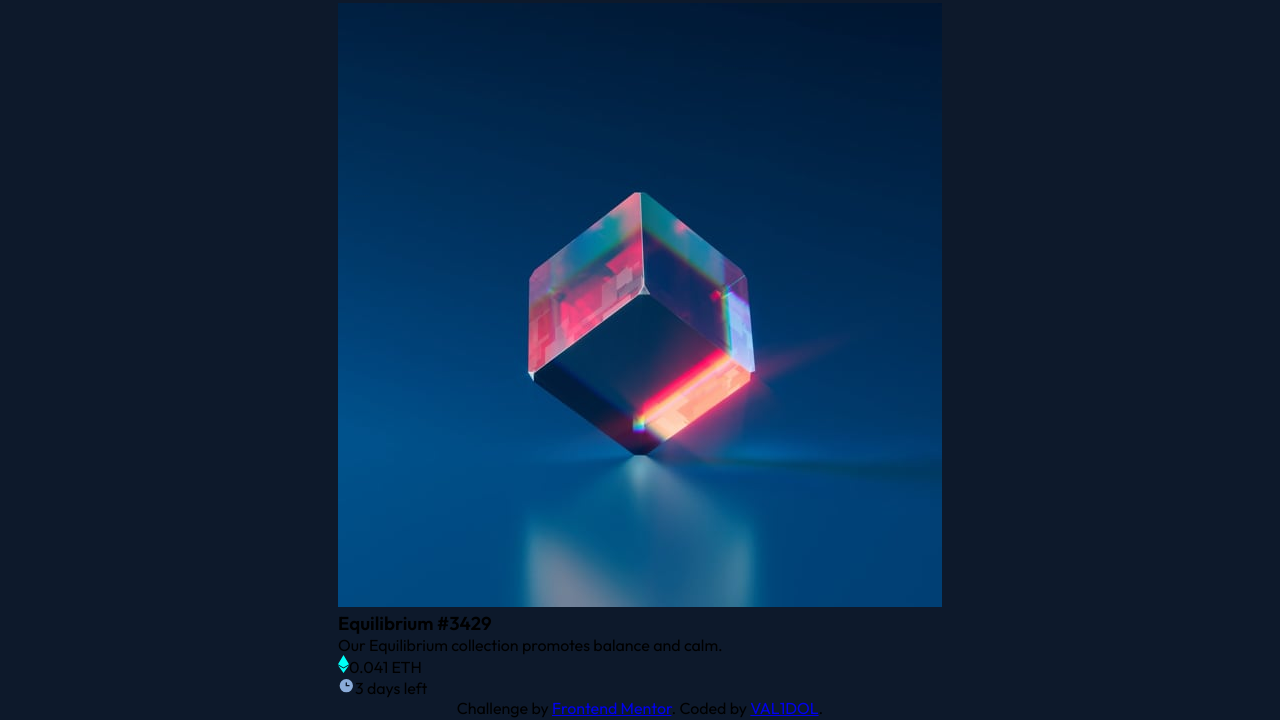
Repository: VAL1DOL-web/fm-NFT-preview-card-component
Page: index.html
The author's editor kept a copy of each file at every save. The page is drawn from the files as they stood at one save, then again after the next save.
The browser window is 1280 px wide. The pictures show the whole page.

Above is the page before, as saved 2024-01-07 15:28:59.

After the next save:
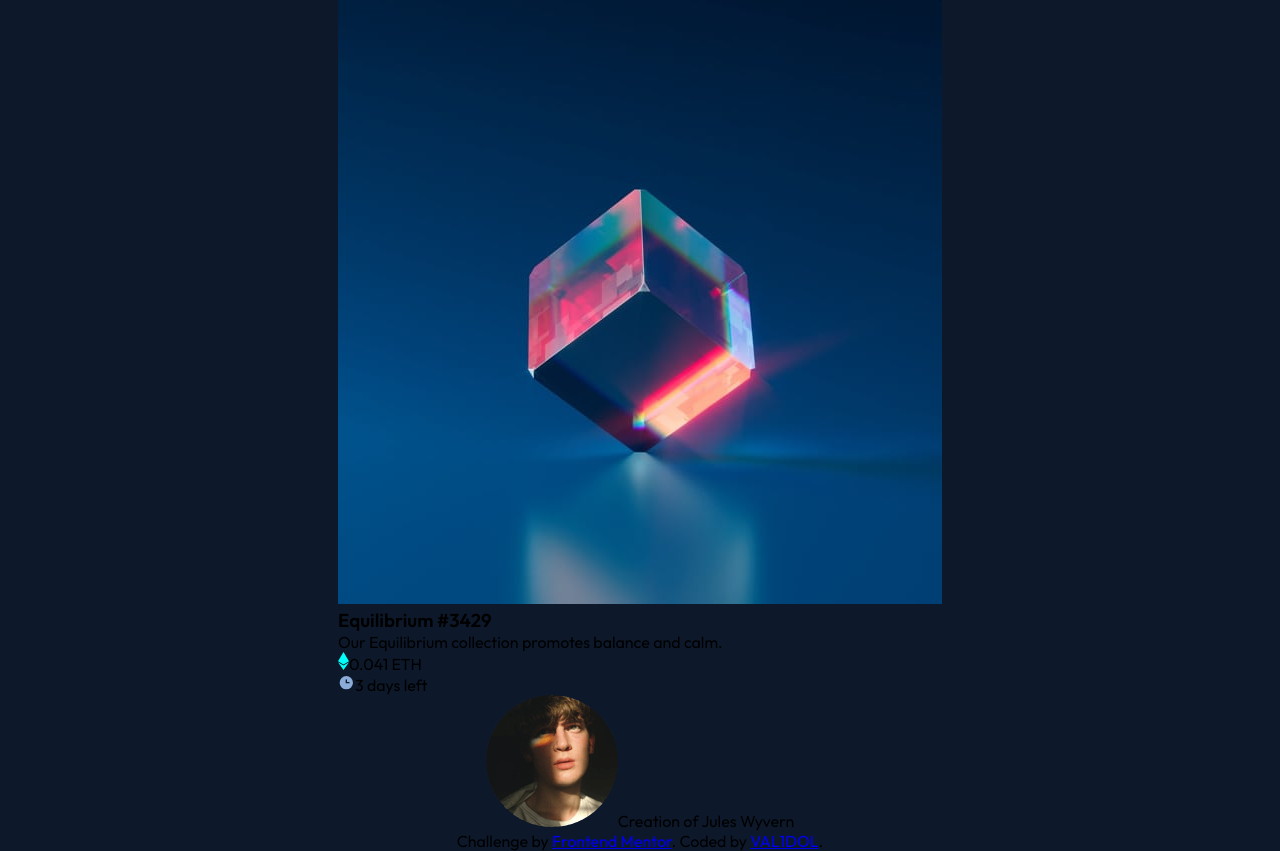
Saved 71 s later.
--- a/index.html
+++ b/index.html
@@ -26,6 +26,9 @@
       <div class="days"><img src="images/icon-clock.svg" alt="">3 days left</div>
     </div>
   </div>
+  <div class="creator">
+    <img src="images/image-avatar.png" alt="">Creation of <span>Jules Wyvern</span>
+  </div>
   <div class="attribution">
     Challenge by <a href="https://www.frontendmentor.io?ref=challenge" target="_blank">Frontend Mentor</a>.
     Coded by <a href="https://github.com/VAL1DOL-web">VAL1DOL</a>.
